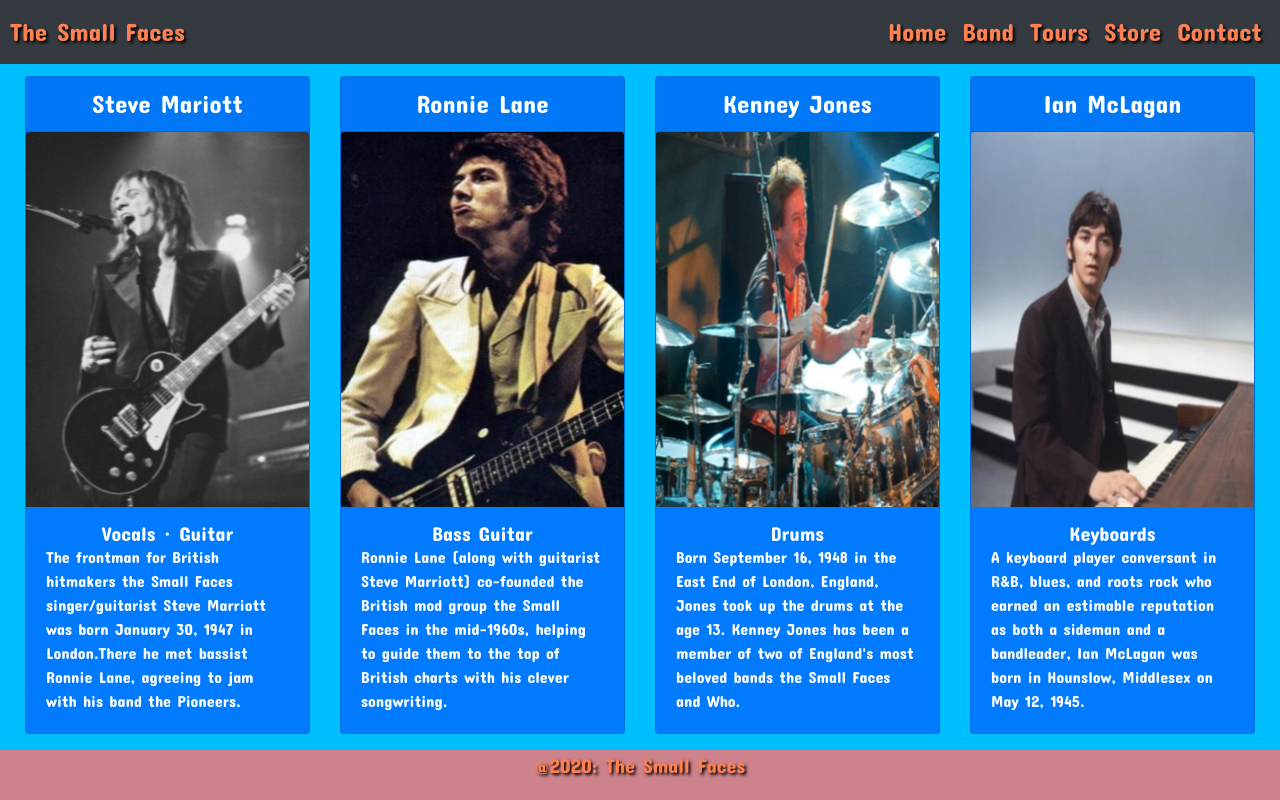
Repository: akshatnitd/User-Centric-FrontEnd-Milestone-Project
Page: band.html
The author's editor kept a record of every edit. The page is drawn from the files as they stood at one moment, then again after the next edit.
The browser window is 1280 px wide. The pictures show the whole page.
Some web libraries are served in a nearby version.

Above is the page before.

After the next edit:
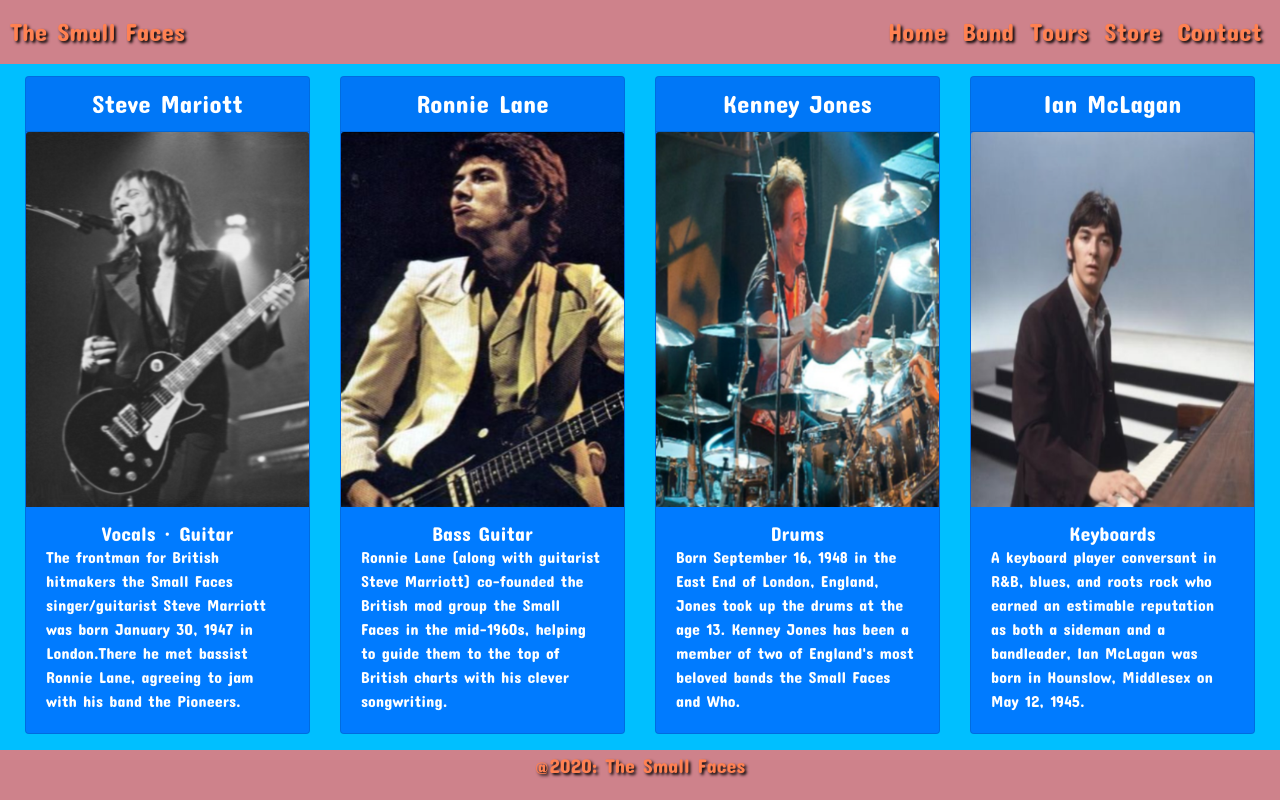
The edit:
--- a/band.html
+++ b/band.html
@@ -15,7 +15,7 @@
 </head>
 <body>
   <header>
-      <nav class="navbar navbar-expand-sm navbar-dark bg-dark">
+      <nav class="navbar navbar-expand-sm navbar-dark">
   <a class="navbar-brand" href="index.html">The Small Faces</a>
   <button class="navbar-toggler ml-auto custom-toggler" type="button" data-toggle="collapse" data-target="#navbarNav" aria-controls="navbarNav" aria-expanded="false" aria-label="Toggle navigation">
     <i class="fas fa-bars"></i>
